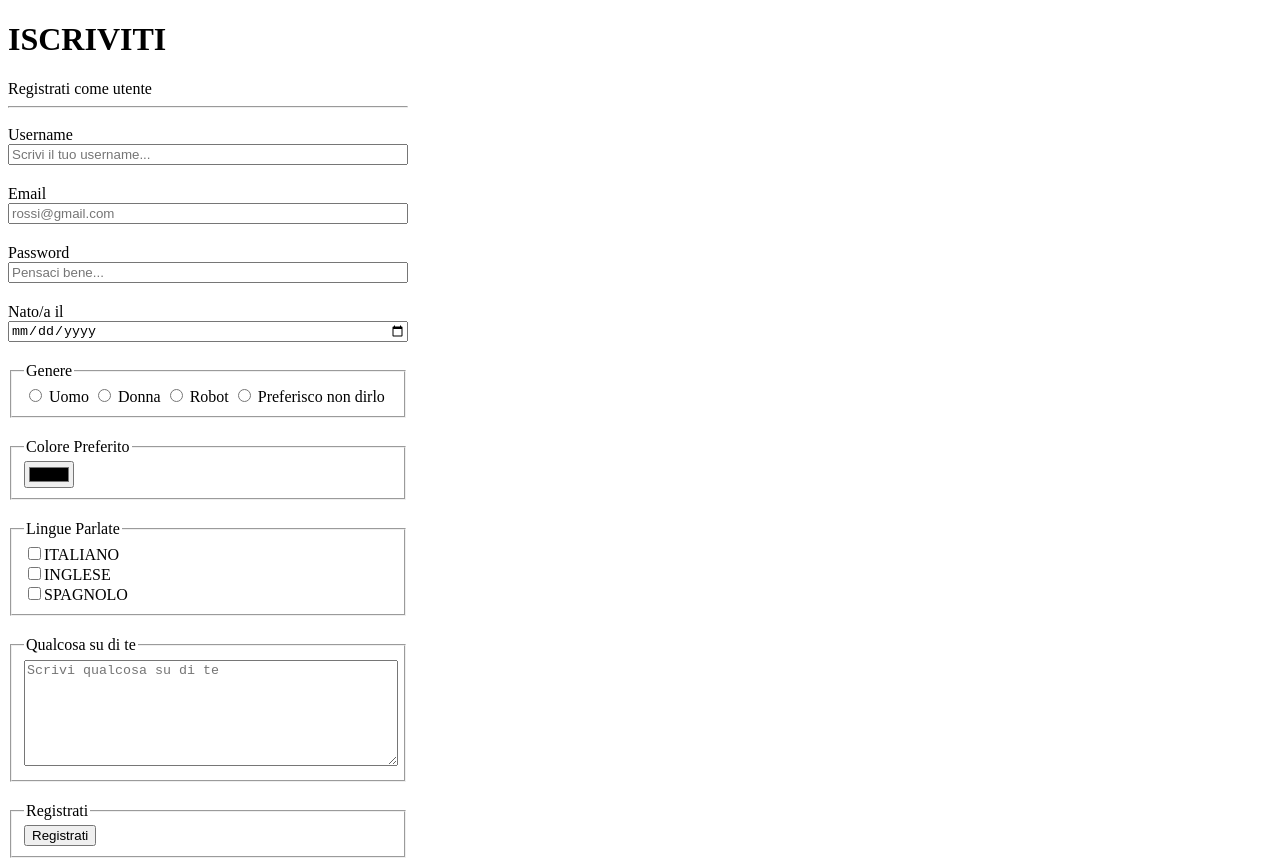
Repository: CryptoFamilyNFT/develhope
Page: html/form.html
The author's editor kept a copy of each file at every save. The page is drawn from the files as they stood at one save, then again after the next save.
The browser window is 1280 px wide. The pictures show the whole page.

Above is the page before, as saved 2024-11-06 16:34:12.

After the next save:
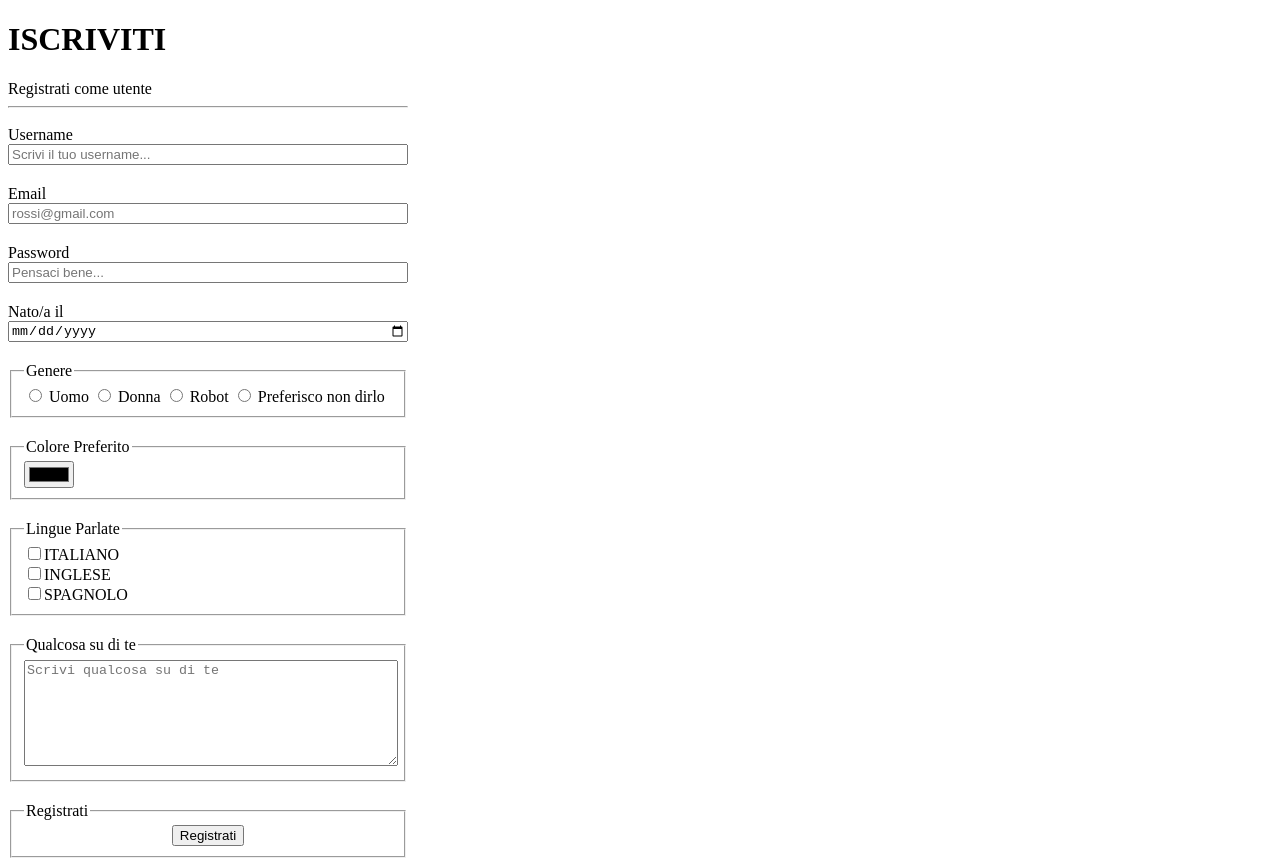
Saved 6 s later.
--- a/html/form.html
+++ b/html/form.html
@@ -142,7 +142,7 @@
             placeholder="Scrivi qualcosa su di te"
           ></textarea>
         </fieldset>
-        <fieldset style="display: flex; ">
+        <fieldset style="display: flex; justify-content: center;">
           <legend>Registrati</legend>
           <div>
             <button type="submit">Registrati</button>
